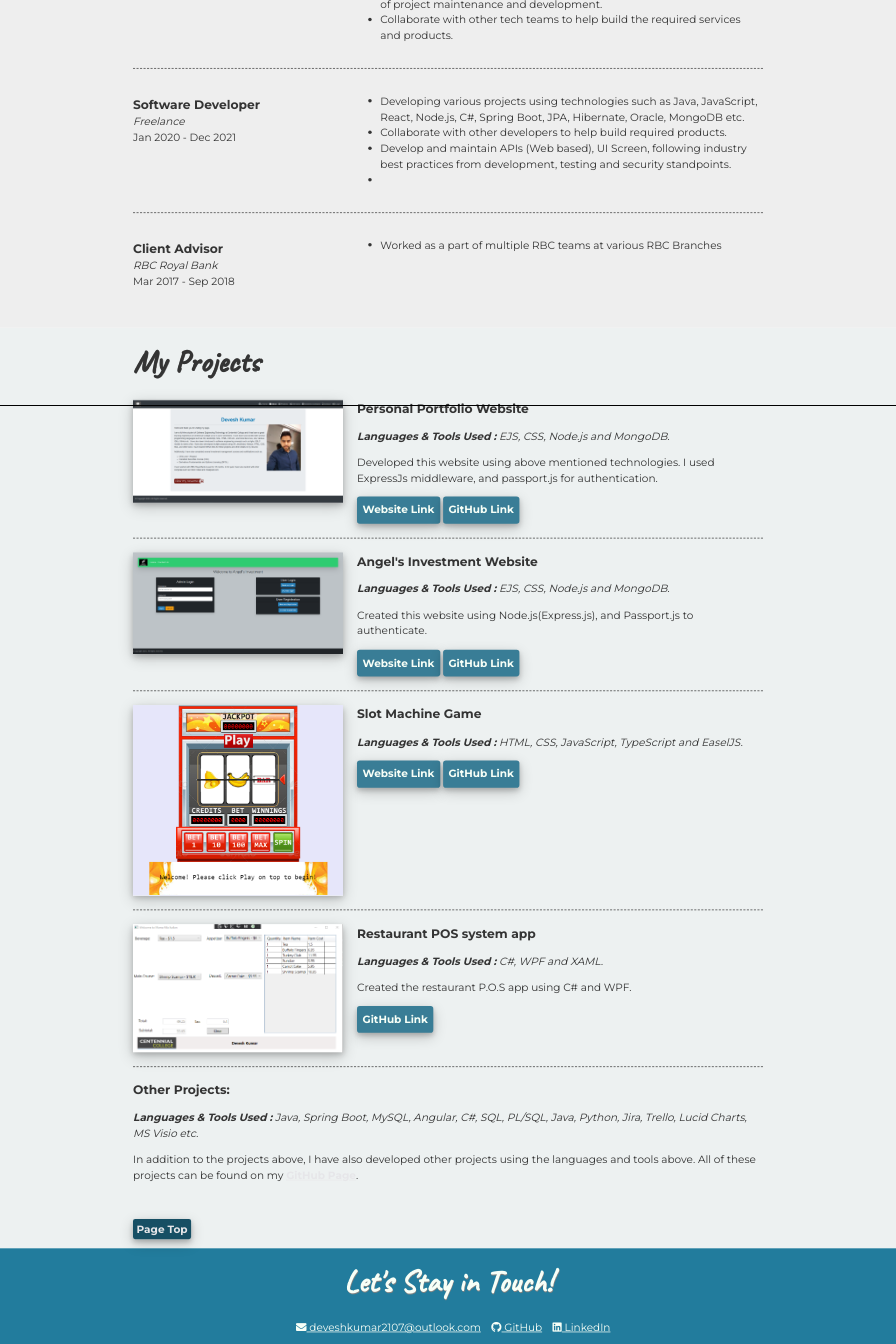
Repository: My-Web-Page/MyWebPage
Page: index.html
The author's editor kept a copy of each file at every save. The page is drawn from the files as they stood at one save, then again after the next save.
The browser window is 1280 px wide. The pictures show the part of the page from y = 2326 to 4246 px (the page is 4264 px tall before and 4286 px after), at 70% of full size.
Some web libraries are served in a nearby version.

Above is the page before, as saved 2023-04-11 13:56:14.

### index.html
<!DOCTYPE html>
<html lang="en">

<head>
    <meta charset="UTF-8">
    <meta name="viewport" content="width=device-width, initial-scale=1.0">
    <link href="./assets/images/favicon.ico" rel="icon" type="image/x-icon" />

    <title> Devesh Kumar : Full-Stack Developer</title>
    <link rel="preconnect" href="https://fonts.gstatic.com">
    <link href="https://fonts.googleapis.com/css2?family=Caveat&family=Montserrat:wght@400;700&display=swap" rel="stylesheet">
    <link rel="stylesheet" href="https://pro.fontawesome.com/releases/v5.10.0/css/all.css" integrity="sha384-AYmEC3Yw5cVb3ZcuHtOA93w35dYTsvhLPVnYs9eStHfGJvOvKxVfELGroGkvsg+p" crossorigin="anonymous" />

    <link rel="stylesheet" href="style.css">
</head>

<body>
    <main>
        <!-- ***********************  ABOUT / PROFILE  *********************** -->
        <header>
            <div class="container">
                <h1>Devesh Kumar</h1>
                <h2>Software Developer</h2>
            </div>
        </header>

        <nav id="navbar">
            <ul class="nav-ul">
                <li>
                    <a href="#about-me"><i class="fas fa-info-circle"></i>About Me</a> </li>
                <li>
                    <a href="#projects"><i class="fab fa-elementor"></i>Projects</a></li>
                <li>
                    <a href="#education"><i class="fas fa-graduation-cap"></i>Education</a></li>
                <li>
                    <a href="#work-experience"><i class="fas fa-briefcase"></i>Work Experience</a></li>
                <li>
                    <a href="#contact"><i class="fas fa-mobile-alt"></i>Contact Me</a></li>
            </ul>
        </nav>

        <!-- *********************About Me***********************  -->
        <section id="about-me">
            <div class="container">
                <h2>About Me</h2>
                <p>Hello & Welcome! I am an experienced Software-Developer with over 3 years of software development experience. Graduate of Software Engineering Technician program from Centennial College. I have worked with various programming languages
                    and tools. Given below are the details: </p>
                <div class="grid-container">
                    <div class="grid-item">
                        <h3>Languages & tools</h3>
                        <p> Java, Spring Boot, Maven, Junit, OracleSQL, MyBatis, JavaScript, React, Linux, Data Structures, MVC, Git, Jira, Agile, GitKraken, BitBucket, IntelliJ, VS Code</p>
                    </div>

                    <div class="grid-item">
                        <h3>Familiar / also work with</h3>
                        <p>Camunda, C#, HTML/CSS, Bootstrap, Angular, Node.js, MongoDB, Shell Scripting, UML</p>
                    </div>
                </div>
                <p>I have also developed grasp over software engineering concepts such as Agile, SDLC models, Agile Project Management Concepts. I have also developed multiple projects using Java, Spring Boot, JavaScript, React, Node.js, HTML, CSS, C#, OracleSQL,
                    MySql, MyBatis, MongoDB and other tools. Additionally, I have also completed some investment management courses/certifications in the past and grown my knowledge in the sector.</p>

            </div>
        </section>

        <!-- *********************Pop-Ups***********************  -->
        <section class="popup-wrapper" id="popup">
            <div class="container">
                <p><button class="popup-close">Close</button></p>
                <img id="popup-img" alt="finalproject popup">
            </div>
        </section>


        <!-- ******************  EDUCATION & CERTIFICATIONS ****************** -->
        <section id="education" class="education">
            <div class="container item-details">

                <h2>Education</h2>

                <section>
                    <h3>Software Engineering Technician Diploma</h3>
                    <p>Centennial College, Toronto ON, 2020-2021</p>
                    <p>4 semesters full-time software engineering diploma program </p>
                </section>

                <section>
                    <h3>Java Full-Stack Developer Bootcamp, Stackroute NIIT</h3>
                    <p>Jan 2021 - Apr 2022</p>
                    <p>Java, Spring Boot, Angular, MySQL</p>
                </section>

                <br>
                <h2>Certifications</h2>
                <section>
                    <h3>Modern JavaScript (Complete guide, from Novice to Ninja)</h3>
                    <p>Udemy May 2021 : The Net Ninja (Shaun Pelling)</p>
                </section>
                <section>
                    <h3>JavaScript: Understanding the Weird Parts</h3>
                    <p>Udemy June 2021 : Anthony Alicea</p>
                </section>
                <section>
                    <h3>Modern React with Redux</h3>
                    <p>Udemy July 2021 : Stephen Grider</p>
                </section>
                <section>
                    <h3>React, NodeJS, Express & MongoDB - The MERN Fullstack Guide</h3>
                    <p>Udemy Aug 2021 : Academind by Maximilian Schwarzmüller</p>
                </section>
                <section>
                    <h3>Data Structures/Algorithms, Git & GitHub essentials, C# Essencials, HTML and CSS Essentials</h3>
                    <p>LinkedIn Learning, May 2021 - Sep 2021 </p>
                </section>
                <section>
                    <h3>Chartered Financial Analyst – CFA Level 1 Passed</h3>
                    <p>CFA Institute, 2018</p>
                </section>
                <br>
                <section class="csc">
                    <h3>Canadian Securities Course (CSC) &</h3>
                    <h3>Derivatives Fundamentals and Options Licensing (DFOL)</h3>
                    <p>Canadian Securities Institute, 2017-2019 </p>
                </section>
            </div>
        </section>

        <!-- ***********************  WORK EXPERIENCE  *********************** -->
        <section id="work-experience" class="work-experience">
            <div class="container item-details divider">
                <h2>Work Experience</h2>

                <!-- Job 1 -->
                <section class="job-item">
                    <div class="job-details">
                        <h3>Full-Stack Developer</h3>
                        <p>CGI. Inc</p>
                        <p>Jan 2021 - Present</p>
                    </div>
                    <div class="job-summary">
                        <ul>
                            <li>Development and testing using Spring and Spring Boot frameworks along with MyBatis as Java persistence framework and Oracle as database.</li>
                            <li>Supporting other developers in the team and participating in Agile activities like Daily Stand up, Sprint Retrospective etc.</li>
                            <li>Ensuring code reviews and unit testing are completed efficiently and effectively.</li>
                            <li>Develop and maintain APIs (Web based and batch jobs), UI Screen, following industry best practices from development, testing and security standpoints.</li>
                            <li>Understand process and procedures as necessary to support all aspects of project maintenance and development.</li>
                            <li>Collaborate with other tech teams to help build the required services and products.</li>
                        </ul>
                    </div>
                </section>

                <!-- Job 2 -->
                <section class="job-item">
                    <div class="job-details">
                        <h3>Software Developer</h3>
                        <p>Freelance</p>
                        <p>Jan 2020 - Dec 2021</p>
                    </div>
                    <div class="job-summary">
                        <ul>
                            <li>Developing various projects using technologies such as Java, JavaScript, React, Node.js, C#, Spring Boot, JPA, Hibernate, Oracle, MongoDB etc. </li>
                            <li>Collaborate with other developers to help build required products.</li>
                            <li>Develop and maintain APIs (Web based), UI Screen, following industry best practices from development, testing and security standpoints.</li>
                            <li></li>
                        </ul>

                    </div>
                </section>

                <!-- Job 3 -->
                <section class="job-item">
                    <div class="job-details">
                        <h3>Client Advisor</h3>
                        <p>RBC Royal Bank</p>
                        <p>Mar 2017 - Sep 2018</p>
                    </div>
                    <div class="job-summary">
                        <ul>
                            <li>Worked as a part of multiple RBC teams at various RBC Branches</li>
                        </ul>

                    </div>
                </section>


            </div>
        </section>

        <!-- ********************  PROJECTS / PORTFOLIO  ********************* -->
        <section id="projects" class="projects">
            <div class="container divider">
                <h2>My Projects</h2>
                <!-- Project 1 -->
                <section class="project-item clearfix">
                    <img class="project-image" src="./assets/images/assignment_2.png" alt="Portfolio Assignment Using Node.js, Bootstrap, EJS and MongoDB">
                    <h3>Personal Portfolio Website</h3>
                    <p> <strong>Languages & Tools Used :</strong> EJS, CSS, Node.js and MongoDB.</p>
                    <p>Developed this website using above mentioned technologies. I used ExpressJs middleware, and passport.js for authentication.</p>
                    <a class="btn" href="https://comp229-asnmt2.herokuapp.com/home" target="_blank">Website Link</a>
                    <a class="btn" href="https://github.com/portretrieve/Assignment_2" target="_blank">GitHub Link</a>
                </section>

                <!-- Project 2 -->
                <section class="project-item clearfix">
                    <img class="project-image" src="./assets/images/final_project.png" alt="Final Project Using Node.js, Bootstrap, EJS and MongoDB">
                    <h3>Angel's Investment Website</h3>
                    <p> <strong>Languages & Tools Used :</strong> EJS, CSS, Node.js and MongoDB.</p>
                    <p>Created this website using Node.js(Express.js), and Passport.js to authenticate.</p>
                    <a class="btn" href="https://angelinvestfinal.herokuapp.com/" target="_blank">Website Link</a>
                    <a class="btn" href="https://github.com/Angel-Investor/AngelInvestor-Web-App" target="_blank">GitHub Link</a>
                </section>

                <!-- Project 3 -->
                <section class="project-item clearfix">
                    <img class="project-image" src="./assets/images/slot-machine.png" alt="Casino slot machine game using HTML, CSS, JavaScript, TypeScript and EaselJS">
                    <h3>Slot Machine Game</h3>
                    <p> <strong>Languages & Tools Used :</strong> HTML, CSS, JavaScript, TypeScript and EaselJS.</p>
                    <a class="btn" href="https://portretrieve.github.io/COMP125-Assignment-4-CreateJS-Slot-Machine/" target="_blank">Website Link</a>
                    <a class="btn" href="https://github.com/portretrieve/COMP125-Assignment-4-CreateJS-Slot-Machine" target="_blank">GitHub Link</a>
                </section>

                <!-- Project 4 -->
                <section class="project-item clearfix">
                    <img class="project-image" src="./assets/images/restaurant_app.png" alt="Restaurant app using C# WPF MVVM">
                    <h3>Restaurant POS system app</h3>
                    <p> <strong>Languages & Tools Used :</strong> C#, WPF and XAML.</p>
                    <p>Created the restaurant P.O.S app using C# and WPF.</p>
                    <a class="btn" href="https://github.com/portretrieve/Restaurant_app" target="_blank">GitHub Link</a>
                </section>
                <section>
                    <h3>Other Projects: </h3>
                    <p> <strong>Languages & Tools Used :</strong> Java, Spring Boot, MySQL, Angular, C#, SQL, PL/SQL, Java, Python, Jira, Trello, Lucid Charts, MS Visio etc. </p>
                    <p>In addition to the projects above, I have also developed other projects using the languages and tools above. All of these projects can be found on my <span><a href="https://github.com/portretrieve" target="_blank">GitHub Page</a>.</span></p>
                </section>
                <a class="top-btn" href="#top">Page Top</a>
            </div>
        </section>
        <!-- *****************  CONTACT INFO / SOCIAL MEDIA  ***************** -->
        <footer>
            <div id="contact" class="container">
                <h2>Let's Stay in Touch!</h2>
                <!-- Social media and contact links. Add or remove any networks. -->
                <ul class="contact-list">
                    <li><a href="mailto:deveshkumar2107@hotmail.com"><i class="fas fa-envelope"></i>&nbsp;deveshkumar2107@outlook.com</a></li>
                    <li><a href="https://github.com/portretrieve" target="_blank"><i class="fab fa-github"></i>&nbsp;GitHub</a></li>
                    <li><a href="https://www.linkedin.com/in/devesh-kumar-2aa03b64/" target="_blank"><i class="fab fa-linkedin"></i>&nbsp;LinkedIn</a></li>
                </ul>
            </div>
        </footer>
    </main>
    <script src="./script.js"></script>
</body>

</html>

### style.css
    /*
COLOR PALETTE
https://coolors.co/f7fff7-343434-2f3061-ffe66d-a1c6d7
#F7FFF7 - almost white
#343434 - dark gray - almost black
#2F3061 - blue dark
#FFE66D - yellow
#A1C6D7 - blue light
*/
    /* Global styles
------------------------------------*/

    html {
        box-sizing: border-box;
        scroll-behavior: smooth;
        --header-height: 75px;
        scroll-padding-top: var(--header-height);
    }

    *,
    *:before,
    *:after {
        box-sizing: inherit;
    }

    body {
        color: #343434;
        margin: 0;
        padding: 0;
        font-family: 'Montserrat', sans-serif;
        font-size: 15px;
        line-height: 1.5;
    }

    .clearfix::after {
        content: "";
        clear: both;
        display: table;
    }

    .project-image {
        width: 300px;
        text-shadow: gray 2px 2px 2px;
        box-shadow: 0 4px 8px 0 rgba(0, 0, 0, 0.2), 0 6px 20px 0 rgba(0, 0, 0, 0.19);
        cursor: pointer;
    }

    .project-image:hover {
        transform: scale(1.02);
    }

    a {
        color: #F7FFF7;
    }

    a:hover {
        text-decoration: none;
    }

    h1 {
        font-size: 100px;
        line-height: .9;
        margin-top: 120px;
        margin-bottom: 0;
        text-shadow: gray 1px 1px 1px;
    }

    h2 {
        font-size: 45px;
        text-shadow: gray .5px .5px .5px;
    }

    h1,
    h2 {
        font-family: 'Caveat', cursive;
        font-weight: 600px;
    }

    h2 {
        margin: 0;
        margin-bottom: 20px;
    }

    .container {
        max-width: 900px;
        width: 80%;
        margin: 0 auto;
        padding: 15px 0;
    }

    h3 {
        margin-bottom: 0;
    }

    h3+p {
        font-style: italic;
    }

    .item-details h3~p {
        margin: 0;
    }

    .divider>section {
        border-bottom: 1px dashed #343434;
        margin-bottom: 20px;
        padding-bottom: 20px;
    }

    .divider>section:last-of-type {
        border-bottom: none;
    }
    /*****Nav*****/

    nav {
        background-color: #227C9D;
        padding: 5px 0;
        position: relative;
        height: var(--header-height);
    }

    @supports (position: sticky) {
        nav {
            position: sticky;
            top: 0;
        }
    }

    .nav-ul li {
        list-style-type: none;
    }

    .nav-ul li:hover {
        transform: scale(1.02);
    }

    .nav-ul li a {
        text-decoration: none;
        font-size: 18px;
    }
    /*************Popup**********/

    .popup-wrapper {
        background: rgba(0, 0, 0, 0.5);
        position: fixed;
        top: 0;
        left: 0;
        width: 100%;
        height: 100%;
        display: flex;
        flex-direction: column;
        justify-content: center;
        text-align: center;
        display: none;
    }

    #popup-img {
        max-width: 100%;
        flex: 1 1 0;
    }

    .popup-close {
        cursor: pointer;
    }

    .popup-wrapper p {
        text-align: center;
        margin: 150px 0 0 0;
    }

    .popup-wrapper p button {
        text-align: center;
        background: crimson;
        font-size: 15px;
        border-radius: 4px;
        padding: 10px;
        color: white;
    }
    /*****About Me******/

    #about-me {
        background-color: #EEE;
    }

    .grid-container {
        color: #F7FFF7;
        box-shadow: 0 4px 8px 0 rgba(0, 0, 0, 0.2), 0 6px 20px 0 rgba(0, 0, 0, 0.19);
    }

    .grid-container .grid-item {
        background-color: #227C9D;
        padding: 0 20px;
        font-size: 16px;
    }

    .grid-container .grid-item:hover {
        transform: scale(1.01);
    }

    #my-page-repo {
        color: #343434;
    }
    /* Profile
------------------------------------*/

    header {
        color: #643C2B;
    }
    /* Projects
------------------------------------*/

    .projects {
        background: #edf1f1;
    }

    .projects a {
        color: #e6e6e9;
        font-weight: bold;
    }

    .projects .btn {
        color: #F7FFF7;
        background: #397d96;
        text-decoration: none;
        padding: 8px;
        border-radius: 4px;
        display: inline-block;
        box-shadow: 0 4px 8px 0 rgba(0, 0, 0, 0.2), 0 6px 20px 0 rgba(0, 0, 0, 0.19);
    }

    .projects .btn:hover {
        background-color: #1E6A85;
        transform: scale(1.01);
    }

    .project-item h3 {
        margin-top: 0;
    }

    .top-btn {
        background-color: #174F64;
        padding: 5px;
        text-decoration: none;
        border-radius: 3px;
        box-shadow: 0 4px 8px 0 rgba(0, 0, 0, 0.2), 0 6px 20px 0 rgba(0, 0, 0, 0.19);
    }

    .top-btn:hover {
        background-color: #1E6A85;
        transform: scale(1.01);
    }
    /* Work Experience
------------------------------------*/

    .work-experience {
        background: #EEE;
    }
    /* Education
------------------------------------*/

    .education {
        background-image: url(./assets/images/leone-venter-VieM9BdZKFo-unsplash.jpg);
        background-size: cover;
        background-position: bottom left;
        padding-bottom: 20px;
    }

    .education p {
        width: 60%;
    }

    .csc h3 {
        margin-top: 0;
        margin-bottom: 0;
    }
    /* Contact Info
------------------------------------*/

    footer {
        background: #227C9D;
        color: #F7FFF7;
    }

    .contact-list {
        list-style-type: none;
        padding: 0;
    }

    .contact-list a {
        margin-left: 15px;
    }
    /* Responsive
---------------------------------------*/

    @media (min-width:750px) {
        .project-item img {
            margin-right: 20px;
            float: left;
        }
        .job-item {
            display: grid;
            grid-template-columns: 1fr 2fr;
            column-gap: 20px;
            row-gap: 10px;
        }
        header {
            background-image: url(./assets/images/georgie-cobbs-bKjHgo_Lbpo-unsplash.jpg);
            background-repeat: no-repeat;
            background-size: cover;
            height: 500px;
            background-position: bottom;
        }
        header,
        footer {
            text-align: center;
        }
        .contact-list {
            display: flex;
            justify-content: center;
        }
        .nav-ul {
            display: flex;
            flex-wrap: wrap;
            justify-content: center;
        }
        .nav-ul li {
            margin: 0 15px;
        }
        .grid-container {
            display: grid;
            grid-template-columns: 1fr 1fr;
            grid-gap: 10px;
        }
    }

    @media (max-width:749px) {
        header {
            background-color: #FEF9EF;
            text-align: center;
            padding-bottom: 10px;
        }
        h1 {
            font-size: 75px;
            margin-top: 15px;
        }
        h1,
        h2 {
            line-height: .9;
            margin-bottom: 15px;
        }
        nav {
            height: 250px;
        }
        .contact-list li {
            padding-bottom: 10px;
        }
        .nav-ul {
            text-align: left;
        }
        .nav-ul li {
            margin-bottom: 20px;
        }
        .grid-container .grid-item {
            padding: 10px;
            margin-top: 10px;
        }
    }

### script.js
let images = document.querySelectorAll(".project-image");

let popup = document.querySelector("#popup");
let popupImage = document.querySelector("#popup-img");

images.forEach((image) => {
  image.addEventListener("click", (e) => {
    popupImage.src = e.target.src;
    popup.style.display = "block";
  });
});

popup.addEventListener("click", (event) => {
  if (event.target === popupImage) {
    return;
  }
  popup.style.display = "none";
});

After the next save:
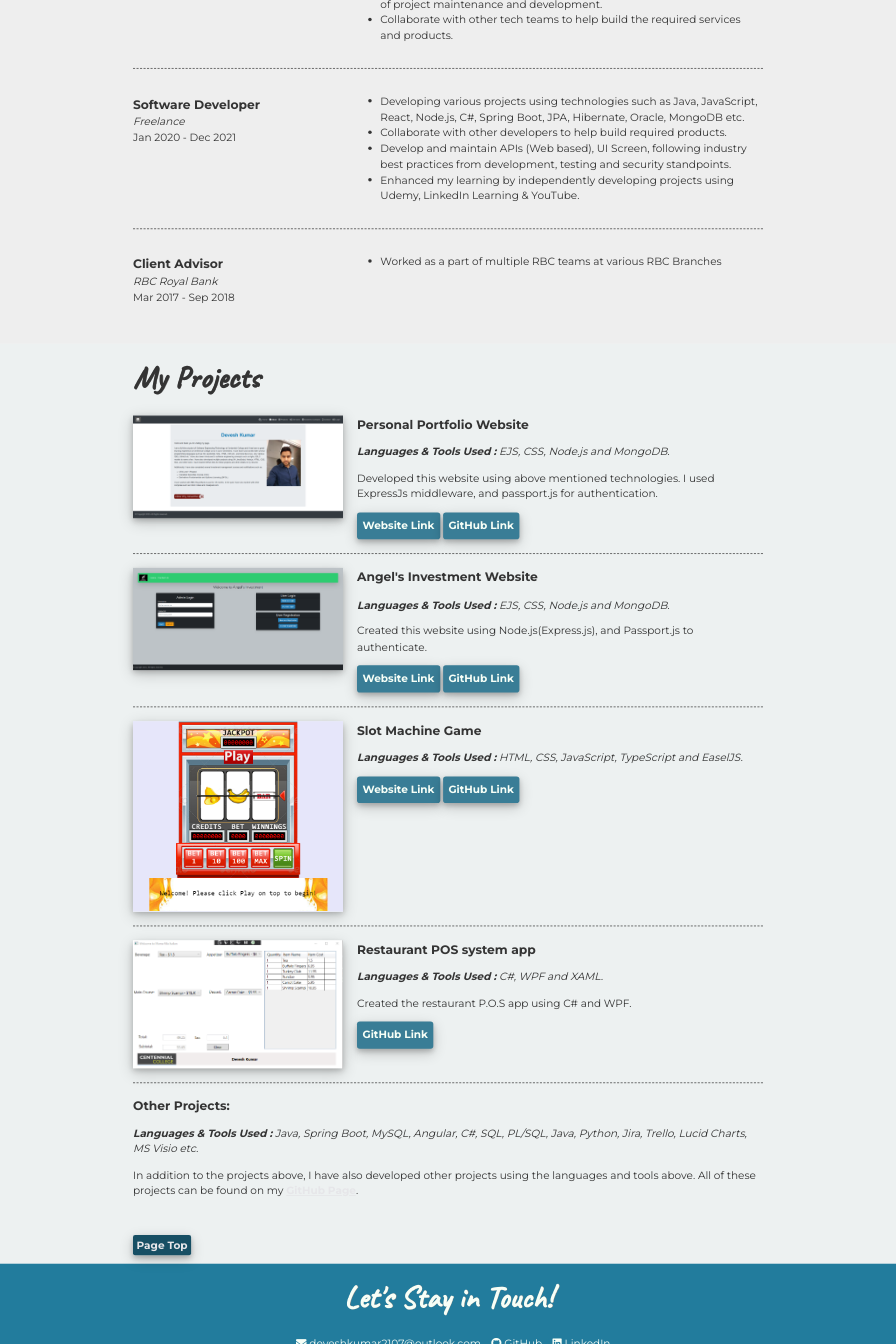
Saved 18 s later.
--- a/index.html
+++ b/index.html
@@ -160,7 +160,7 @@
                             <li>Developing various projects using technologies such as Java, JavaScript, React, Node.js, C#, Spring Boot, JPA, Hibernate, Oracle, MongoDB etc. </li>
                             <li>Collaborate with other developers to help build required products.</li>
                             <li>Develop and maintain APIs (Web based), UI Screen, following industry best practices from development, testing and security standpoints.</li>
-                            <li></li>
+                            <li>Enhanced my learning by independently developing projects using Udemy, LinkedIn Learning & YouTube.</li>
                         </ul>
 
                     </div>
